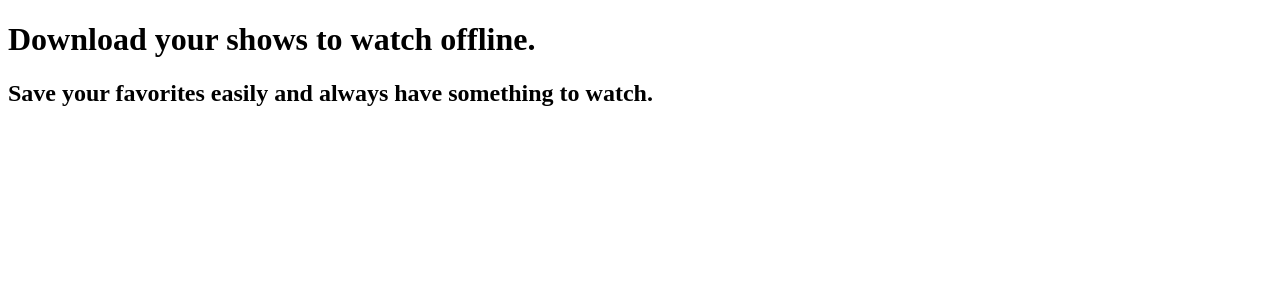
Repository: mgnkgn/netflix-clone
Page: index.html
The author's editor kept a copy of each file at every save. The page is drawn from the files as they stood at one save, then again after the next save.
The browser window is 1280 px wide. The pictures show the whole page.

Above is the page before, as saved 2022-09-20 22:40:54.

### index.html
<!DOCTYPE html>
<html lang="en">
  <head>
    <meta charset="UTF-8" />
    <meta http-equiv="X-UA-Compatible" content="IE=edge" />
    <meta name="viewport" content="width=device-width, initial-scale=1.0" />
    <title>Netflix</title>
  </head>
  <body>
    <!-- Section2 by Adel -->
    <div>
      <h1>Download your shows to watch offline.</h1>
      <h2>Save your favorites easily and always have something to watch.</h2>
    </div>
  </body>
</html>

### styles/styles.css
/* Section 2  */
.section2 {
  background-color: black;
}

After the next save:
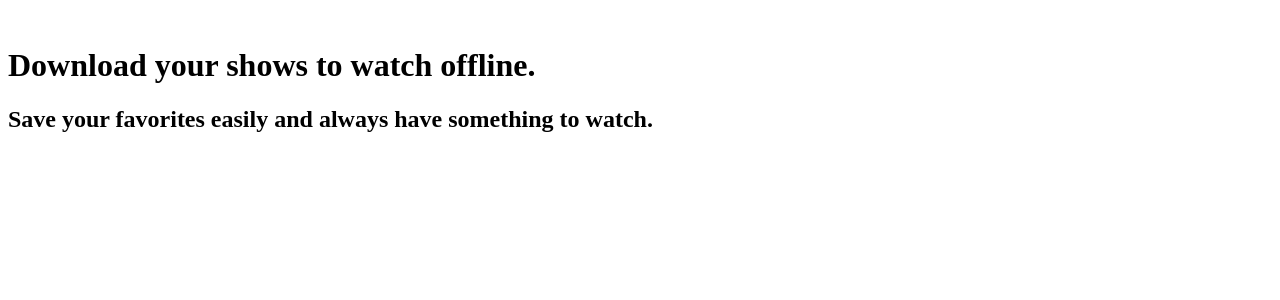
Not found: styles/style.css
Saved 26 s later.
--- a/index.html
+++ b/index.html
@@ -4,11 +4,13 @@
     <meta charset="UTF-8" />
     <meta http-equiv="X-UA-Compatible" content="IE=edge" />
     <meta name="viewport" content="width=device-width, initial-scale=1.0" />
+    <link rel="stylesheet" href="styles/style.css" />
     <title>Netflix</title>
   </head>
   <body>
     <!-- Section2 by Adel -->
-    <div>
+    <div class="section2">
+      <img src="" alt="" />
       <h1>Download your shows to watch offline.</h1>
       <h2>Save your favorites easily and always have something to watch.</h2>
     </div>

After the save that followed:
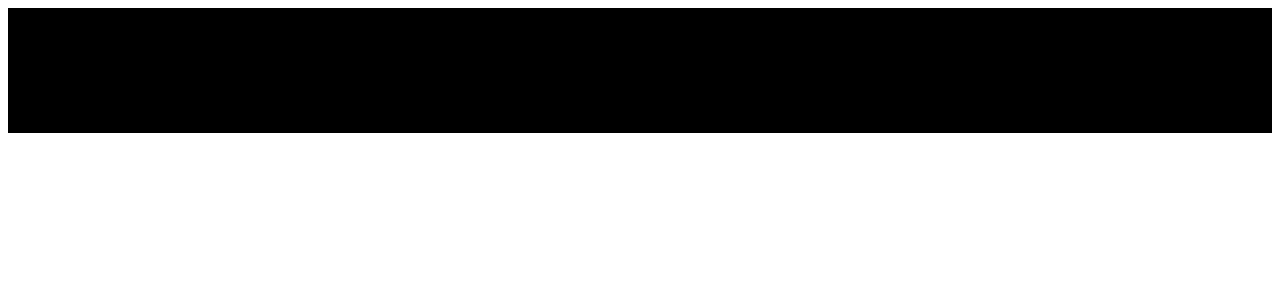
Saved 11 s later.
--- a/index.html
+++ b/index.html
@@ -4,7 +4,7 @@
     <meta charset="UTF-8" />
     <meta http-equiv="X-UA-Compatible" content="IE=edge" />
     <meta name="viewport" content="width=device-width, initial-scale=1.0" />
-    <link rel="stylesheet" href="styles/style.css" />
+    <link rel="stylesheet" href="styles/styles.css" />
     <title>Netflix</title>
   </head>
   <body>
